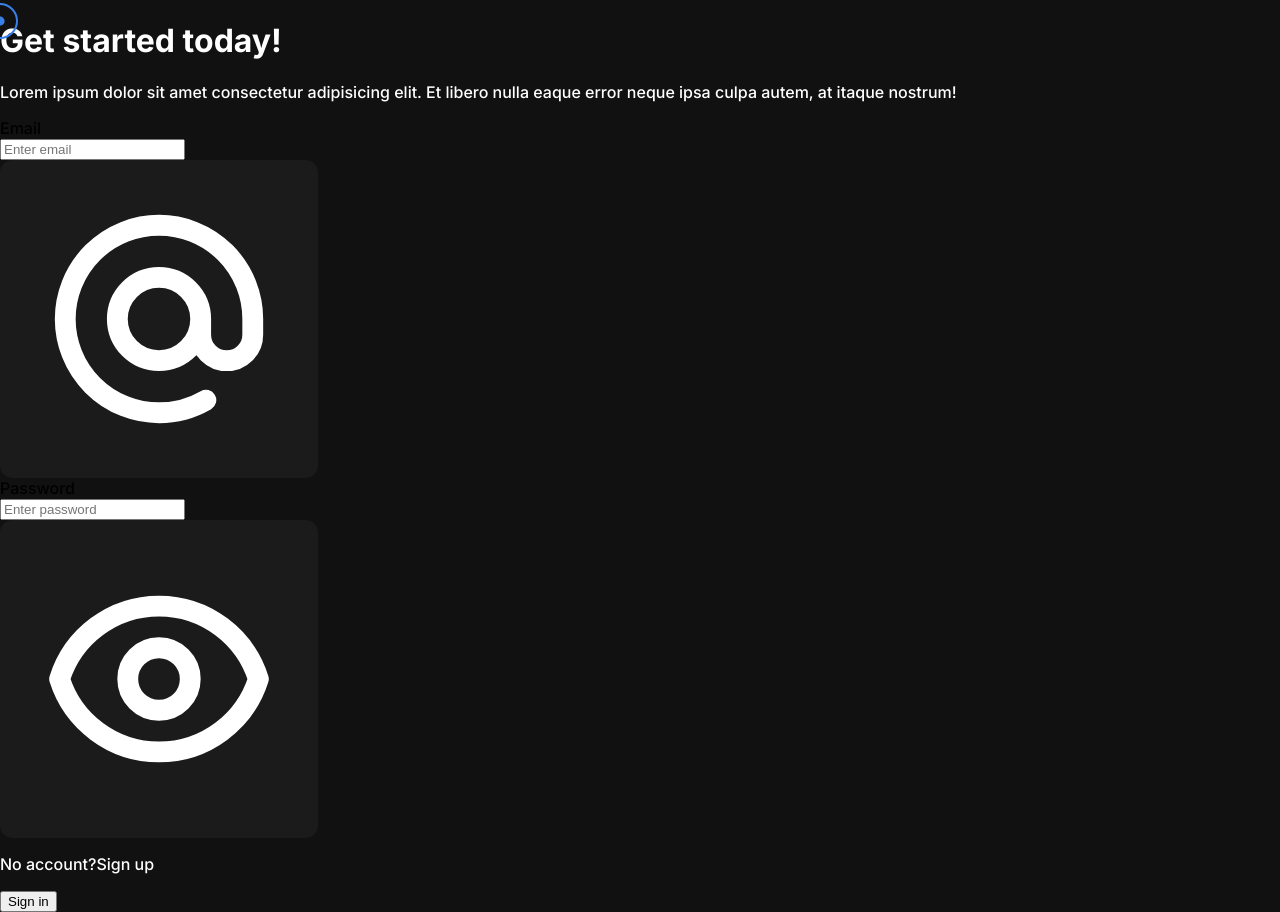
Repository: Pran2535/Prince
Page: /signup
An editor plug-in stored every save of this project. The page is shown before and after the next save, followed by the edit.
The browser window is 1280 px wide. The pictures show the whole page.
The project was rebuilt for these pictures with package versions that can differ from the ones it lists, and the page was loaded fresh each time. Also part of the build but not shown: src/App.css, src/components/CoinPage/Info/styles.css, src/components/CoinPage/Info/index.js, src/components/CoinPage/LineChart/index.js, src/components/CoinPage/SelectDays/styles.css, src/components/CoinPage/SelectDays/index.js, src/components/CoinPage/ToggleComponent/index.js, src/components/Common/Button/styles.css and 36 more.

Above is the page before, as saved 2024-06-23 18:47:13.

### src/App.js
import { createTheme, ThemeProvider } from "@mui/material";
import { BrowserRouter, Route, Routes } from "react-router-dom";
import "./App.css";
import Coin from "./pages/Coin";
import Compare from "./pages/Compare";
import Dashboard from "./pages/Dashboard";
import Home from "./pages/Home";
import Watchlist from "./pages/Watchlist";
import { ToastContainer, toast } from "react-toastify";
import "react-toastify/dist/ReactToastify.css";
import { useEffect } from "react";
import Signup from "./pages/Signup";

function App() {
  const theme = createTheme({
    palette: {
      primary: {
        main: "#3a80e9",
      },
    },
  });

  var cursor;
  var cursorPointer;

  useEffect(() => {
    cursor = document.getElementById("cursor");
    cursorPointer = document.getElementById("cursor-pointer");

    document.body.addEventListener("mousemove", function (e) {
      return (
        (cursor.style.left = e.clientX + "px"),
        (cursor.style.top = e.clientY + "px"),
        (cursorPointer.style.left = e.clientX + "px"),
        (cursorPointer.style.top = e.clientY + "px")
      );
    });

    document.body.addEventListener("mousedown", function (e) {
      return (
        (cursor.style.height = "0.5rem"),
        (cursor.style.width = "0.5rem"),
        (cursorPointer.style.height = "3rem"),
        (cursorPointer.style.width = "3rem")
      );
    });

    document.body.addEventListener("mouseup", function (e) {
      return (
        (cursor.style.height = "0.3rem"),
        (cursor.style.width = "0.3rem"),
        (cursorPointer.style.height = "2rem"),
        (cursorPointer.style.width = "2rem")
      );
    });
  }, []);

  return (
    <div className="App">
      <div className="cursor" id="cursor" />
      <div className="cursor-pointer" id="cursor-pointer" />
      <ToastContainer />
      <ThemeProvider theme={theme}>
        <BrowserRouter>
          <Routes>
            <Route path="/" element={<Home />} />
            <Route path="/dashboard" element={<Dashboard />} />
            <Route path="/coin/:id" element={<Coin />} />
            <Route path="/compare" element={<Compare />} />
            <Route path="/watchlist" element={<Watchlist />} />
            <Route path="/signup" element={<Signup />} />
          </Routes>
        </BrowserRouter>
      </ThemeProvider>
    </div>
  );
}

export default App;

### src/pages/Signup.js
import React from "react";

const Signup = () => {
  return (
    <>
      {/*
  Heads up! 👋

  Plugins:
    - @tailwindcss/forms
*/}

      <div className="mx-auto max-w-screen-xl px-4 py-16 sm:px-6 lg:px-8">
        <div className="mx-auto max-w-lg text-center">
          <h1 className="text-2xl font-bold sm:text-3xl">Get started today!</h1>

          <p className="mt-4 text-gray-500">
            Lorem ipsum dolor sit amet consectetur adipisicing elit. Et libero
            nulla eaque error neque ipsa culpa autem, at itaque nostrum!
          </p>
        </div>

        <form action="#" className="mx-auto mb-0 mt-8 max-w-md space-y-4">
          <div>
            <label htmlFor="email" className="sr-only">
              Email
            </label>

            <div className="relative">
              <input
                type="email"
                className="w-full rounded-lg border-gray-200 p-4 pe-12 text-sm shadow-sm"
                placeholder="Enter email"
              />

              <span className="absolute inset-y-0 end-0 grid place-content-center px-4">
                <svg
                  xmlns="http://www.w3.org/2000/svg"
                  className="size-4 text-gray-400"
                  fill="none"
                  viewBox="0 0 24 24"
                  stroke="currentColor"
                >
                  <path
                    strokeLinecap="round"
                    strokeLinejoin="round"
                    strokeWidth="2"
                    d="M16 12a4 4 0 10-8 0 4 4 0 008 0zm0 0v1.5a2.5 2.5 0 005 0V12a9 9 0 10-9 9m4.5-1.206a8.959 8.959 0 01-4.5 1.207"
                  />
                </svg>
              </span>
            </div>
          </div>

          <div>
            <label htmlFor="password" className="sr-only">
              Password
            </label>

            <div className="relative">
              <input
                type="password"
                className="w-full rounded-lg border-gray-200 p-4 pe-12 text-sm shadow-sm"
                placeholder="Enter password"
              />

              <span className="absolute inset-y-0 end-0 grid place-content-center px-4">
                <svg
                  xmlns="http://www.w3.org/2000/svg"
                  className="size-4 text-gray-400"
                  fill="none"
                  viewBox="0 0 24 24"
                  stroke="currentColor"
                >
                  <path
                    strokeLinecap="round"
                    strokeLinejoin="round"
                    strokeWidth="2"
                    d="M15 12a3 3 0 11-6 0 3 3 0 016 0z"
                  />
                  <path
                    strokeLinecap="round"
                    strokeLinejoin="round"
                    strokeWidth="2"
                    d="M2.458 12C3.732 7.943 7.523 5 12 5c4.478 0 8.268 2.943 9.542 7-1.274 4.057-5.064 7-9.542 7-4.477 0-8.268-2.943-9.542-7z"
                  />
                </svg>
              </span>
            </div>
          </div>

          <div className="flex items-center justify-between">
            <p className="text-sm text-gray-500">
              No account?
              <a className="underline" href="#">
                Sign up
              </a>
            </p>

            <button
              type="submit"
              className="inline-block rounded-lg bg-blue-500 px-5 py-3 text-sm font-medium text-white"
            >
              Sign in
            </button>
          </div>
        </form>
      </div>
    </>
  );
};

export default Signup;

### src/components/Dashboard/Grid/styles.css
.grid {
  display: flex;
  flex-direction: column;
  gap: 1.5rem;
  width: 250px;
  padding: 2rem;
  background-color: var(--darkgrey);
  border-radius: 0.8rem;
  border: 2px solid var(--darkgrey);
  cursor: pointer;
}

.grid:hover {
  border: 2px solid var(--green);
  transition: all 0.3s;
}

.grid-red:hover {
  border: 2px solid var(--red);
  transition: all 0.3s;
}

.img-flex {
  display: flex;
  justify-content: flex-start;
  align-items: center;
  gap: 1rem;
}

.icon-flex {
  display: flex;
  width: 100%;
  justify-content: space-between;
  align-items: center;
}

.watchlist-icon {
  display: flex;
  justify-content: center;
  align-items: center;
  border: 2px solid var(--green);
  border-radius: 50%;
  color: var(--green);
  padding: 0.5rem;
  height: 1.5rem;
  width: 1.5rem !important;
}

.watchlist-icon-red {
  border: 2px solid var(--red);
  color: var(--red);
}

.coin-image {
  height: 3rem;
  width: 3rem;
  border-radius: 50%;
}

.info-flex {
  display: flex;
  flex-direction: column;
  justify-content: space-between;
  gap: 0.2rem;
}

.coin-symbol {
  text-transform: uppercase;
  font-weight: 600;
  margin: 0rem;
}

.coin-name {
  margin: 0;
  font-weight: 400;
  color: var(--grey);
  font-size: 0.8rem;
}

.chip-flex {
  display: flex;
  justify-content: flex-start;
  align-items: center;
  gap: 0.75rem;
}

.price-chip {
  border: 2px solid var(--green);
  border-radius: 2rem;
  padding: 0.25rem 1rem;
  font-weight: 600;
  color: var(--green);
}

.price-chip:hover,
.chip-icon:hover {
  background-color: var(--green);
  color: var(--white);
  transition: all 0.3s;
}

.chip-icon {
  border: 2px solid var(--green);
  padding: 0.2rem;
  display: flex;
  justify-content: center;
  align-items: center;
  border-radius: 50%;
  color: var(--green);
}

.red {
  border: 2px solid var(--red) !important;
  color: var(--red);
}

.red:hover {
  background-color: var(--red) !important;
  color: var(--white) !important;
  transition: all 0.3s;
}

.current-price,
.current-price-red {
  color: var(--green);
  font-weight: 600;
  font-size: 1.1rem;
  margin: 0;
}

.current-price-red {
  color: var(--red) !important;
}

Loaded but not shown: public/index.html (common file); src/index.js (common file); src/index.css (common file)

After the next save:
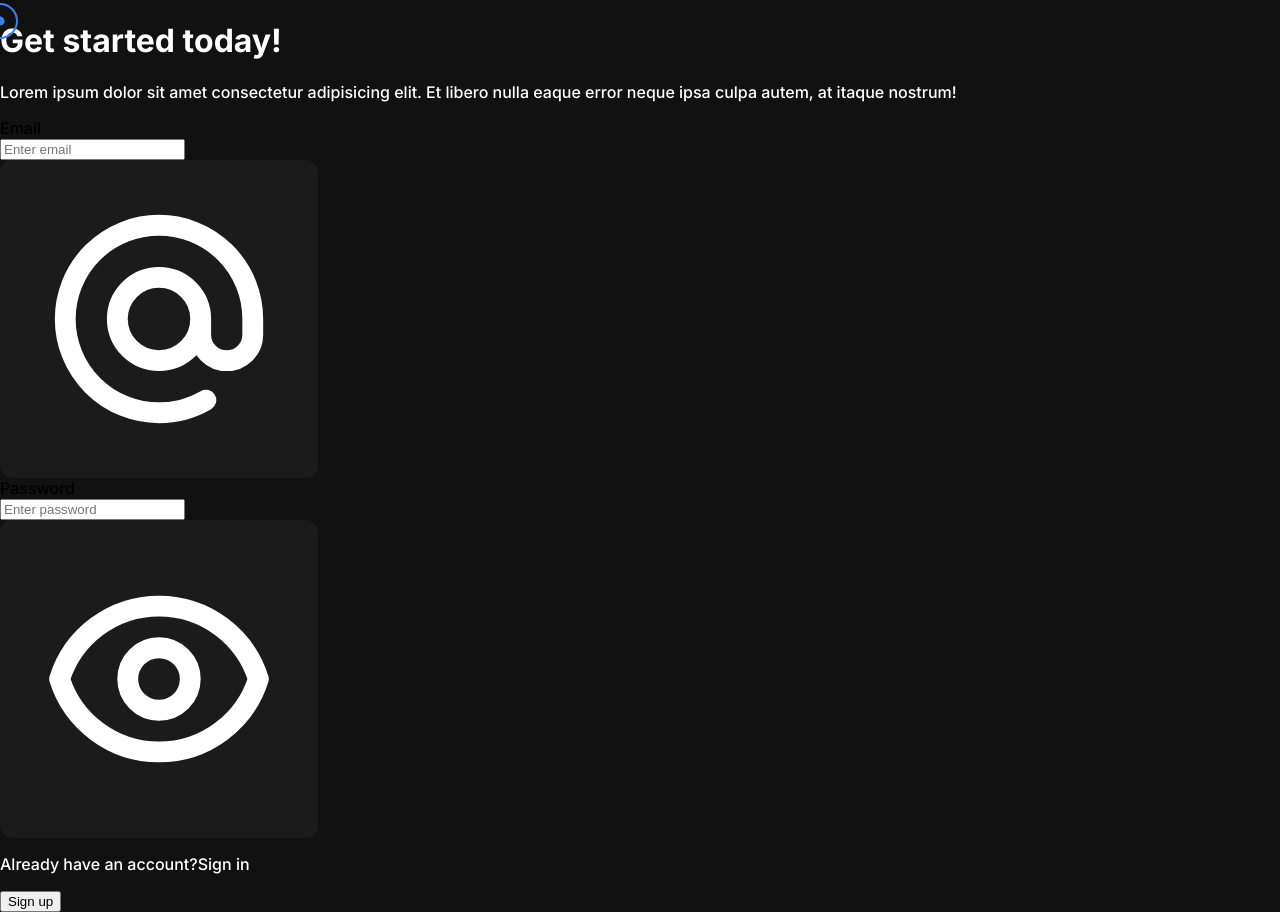
Saved 2 min 37 s later.
--- a/src/pages/Signup.js
+++ b/src/pages/Signup.js
@@ -4,11 +4,11 @@ const Signup = () => {
   return (
     <>
       {/*
-  Heads up! 👋
+        Heads up! 👋
 
-  Plugins:
-    - @tailwindcss/forms
-*/}
+        Plugins:
+          - @tailwindcss/forms
+      */}
 
       <div className="mx-auto max-w-screen-xl px-4 py-16 sm:px-6 lg:px-8">
         <div className="mx-auto max-w-lg text-center">
@@ -29,6 +29,8 @@ const Signup = () => {
             <div className="relative">
               <input
                 type="email"
+                id="email"
+                name="email"
                 className="w-full rounded-lg border-gray-200 p-4 pe-12 text-sm shadow-sm"
                 placeholder="Enter email"
               />
@@ -36,7 +38,7 @@ const Signup = () => {
               <span className="absolute inset-y-0 end-0 grid place-content-center px-4">
                 <svg
                   xmlns="http://www.w3.org/2000/svg"
-                  className="size-4 text-gray-400"
+                  className="h-4 w-4 text-gray-400"
                   fill="none"
                   viewBox="0 0 24 24"
                   stroke="currentColor"
@@ -60,6 +62,8 @@ const Signup = () => {
             <div className="relative">
               <input
                 type="password"
+                id="password"
+                name="password"
                 className="w-full rounded-lg border-gray-200 p-4 pe-12 text-sm shadow-sm"
                 placeholder="Enter password"
               />
@@ -67,7 +71,7 @@ const Signup = () => {
               <span className="absolute inset-y-0 end-0 grid place-content-center px-4">
                 <svg
                   xmlns="http://www.w3.org/2000/svg"
-                  className="size-4 text-gray-400"
+                  className="h-4 w-4 text-gray-400"
                   fill="none"
                   viewBox="0 0 24 24"
                   stroke="currentColor"
@@ -91,9 +95,9 @@ const Signup = () => {
 
           <div className="flex items-center justify-between">
             <p className="text-sm text-gray-500">
-              No account?
-              <a className="underline" href="#">
-                Sign up
+              Already have an account?
+              <a href="#" className="ml-1 underline">
+                Sign in
               </a>
             </p>
 
@@ -101,7 +105,7 @@ const Signup = () => {
               type="submit"
               className="inline-block rounded-lg bg-blue-500 px-5 py-3 text-sm font-medium text-white"
             >
-              Sign in
+              Sign up
             </button>
           </div>
         </form>
